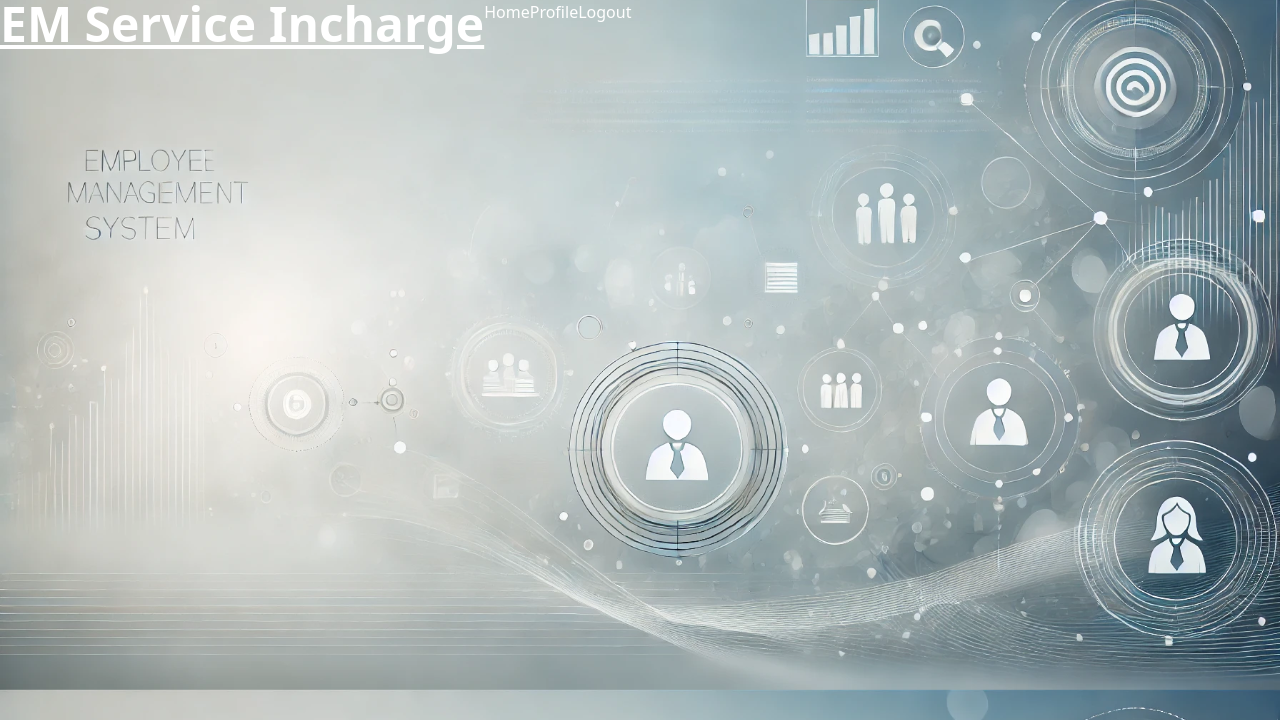
Repository: Vaibhav979/EmployeeManagement-Spring
Page: / (app in em-project-view/)
An editor plug-in stored every save of this project. The page is shown before and after a run of saves, followed by the edit.
The browser window is 1280 px wide. The pictures show the whole page.
The project was rebuilt for these pictures with package versions that can differ from the ones it lists, and the page was loaded fresh each time. Also part of the build but not shown: em-project-view/vite.config.js.

Above is the page before, as saved 2025-01-02 22:33:05.

### em-project-view/src/App.jsx
import { useState } from "react";
import "./App.css";

function App() {
  return (
    <div className="flex">
      <h1 className="text-5xl font-bold underline">EM Service Incharge</h1>
      <a href="/"> Home </a>
      <a href="/"> Profile </a>
      <a href="/"> Logout</a>
    </div>
  );
}

export default App;

### em-project-view/src/App.css
/* #root {
  max-width: 1280px;
  margin: 0 auto;
  padding: 2rem;
  text-align: center;
} */

.App {
  text-align: left;
}

body {
  background-image: url(./assets/image.png);
  background-size: cover;
  background-position: center;
  color: #ffffff;
  height: 90vh;
}

Loaded but not shown: em-project-view/index.html (common file); em-project-view/src/main.jsx (common file); em-project-view/src/index.css (common file); em-project-view/tailwind.config.js (common file)

After the next 3 saves:
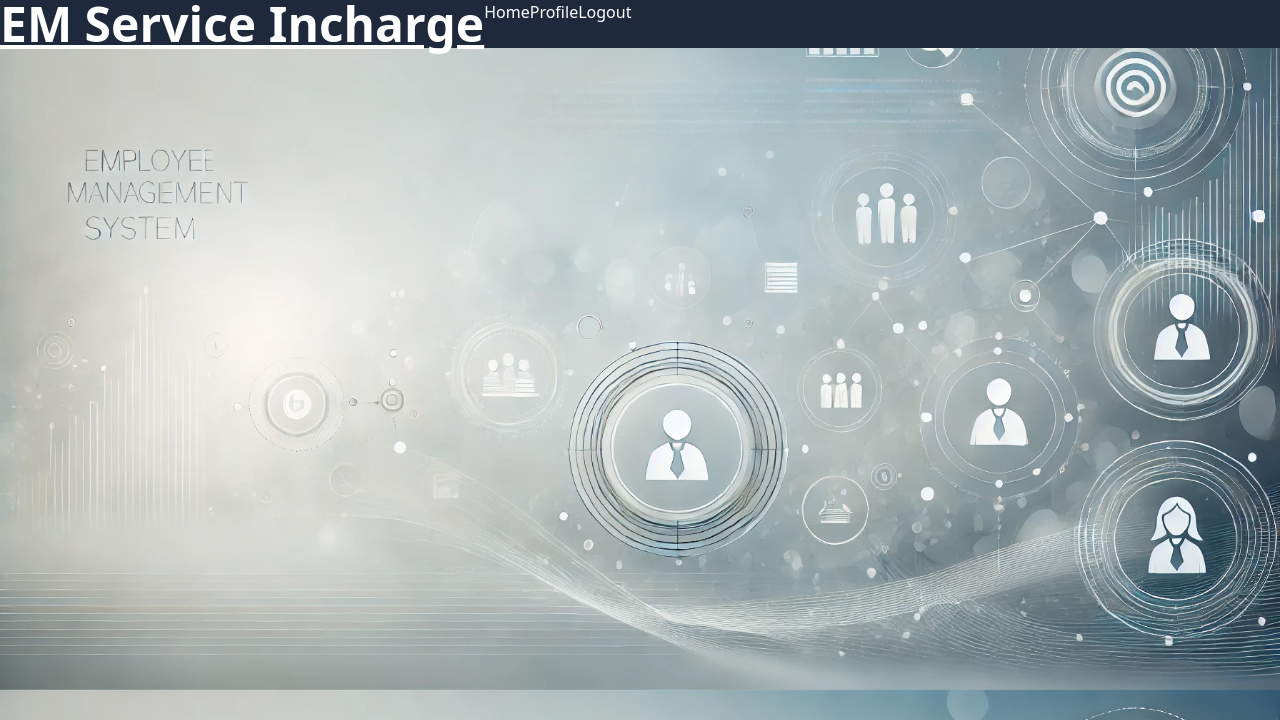
The 3 saves are shown as one change because they came seconds apart.
The last was saved 21 s later.
--- a/em-project-view/src/App.jsx
+++ b/em-project-view/src/App.jsx
@@ -3,7 +3,7 @@ import "./App.css";
 
 function App() {
   return (
-    <div className="flex">
+    <div className="bg-slate-800 flex">
       <h1 className="text-5xl font-bold underline">EM Service Incharge</h1>
       <a href="/"> Home </a>
       <a href="/"> Profile </a>
